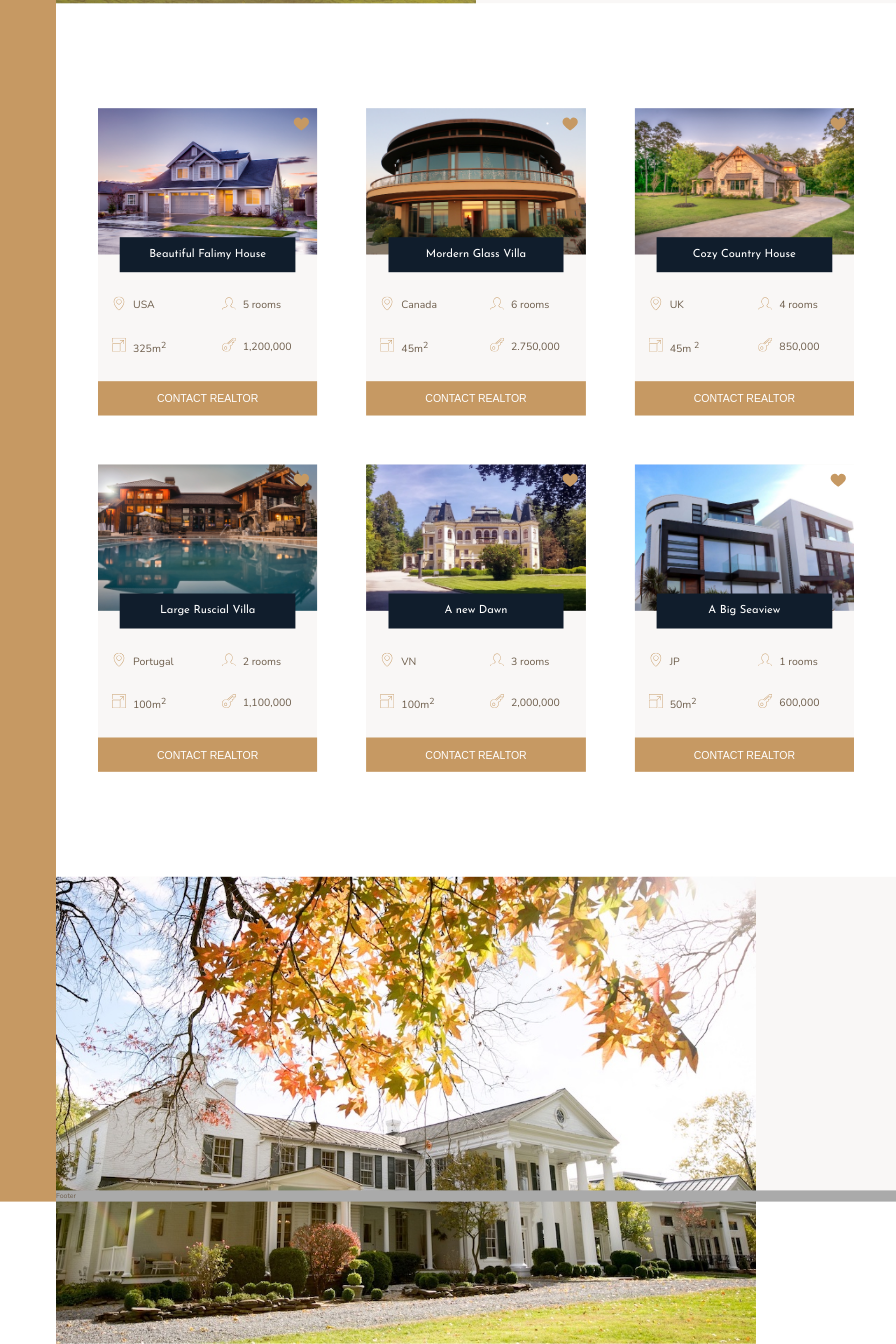
Repository: m2pd/your-home
Page: index.html
These files come from the project's save history. The page is drawn as it stood at one moment and after the next save; the edit follows.
The browser window is 1280 px wide. The pictures show the part of the page from y = 1751 to 3671 px (the page is 3671 px tall before and 3468 px after), at 70% of full size.
The style sheet was rebuilt from its Sass, Less or Tailwind sources for each picture, by a compiler version that may differ from the author's.

Above is the page before, as saved 2020-03-05 16:56:03.

### index.html
<!DOCTYPE html>
<html lang="en">
    <head>
        <meta charset="UTF-8">
        <meta name="viewport" content="width=device-width, initial-scale=1.0">
        <meta http-equiv="X-UA-Compatible" content="ie=edge">

        <link href="https://fonts.googleapis.com/css?family=Josefin+Sans:300,400,400i|Nunito:300,300i" rel="stylesheet">
        <link rel="stylesheet" href="css/style.css">
        <link rel="shortcut icon" type="image/png" href="img/favicon.png">

        <title>nexter &mdash; your home, your freedom</title>
    </head>
    <body class="container">

        <div class="sidebar">
            Sidebar
        </div>

        <header class="header">
            Header
        </header>

        <div class="realtors">
            3 Realtors
        </div>

        <div class="features">
            <div class="feature feature-1">
                <svg class="feature__icon">
                    <use xlink:href="img/sprite.svg#icon-global"></use>
                </svg>
                <h4 class="heading-4 heading-4--dark">World's best luxury homes</h4>
                <p class="feature__text">
                    Lorem, ipsum dolor sit amet consectetur adipisicing elit. Tenetur distinctio necessitatibus pariatur voluptatibus.
                </p>
            </div>

            <div class="feature feature-2">
                <svg class="feature__icon">
                    <use xlink:href="img/sprite.svg#icon-trophy"></use>
                </svg>
                <h4 class="heading-4 heading-4--dark">Only the best properties</h4>
                <p class="feature__text">
                    Voluptatum mollitia quae. Vero ipsum sapiente molestias accusamus rerum sed a eligendi aut quia.
                </p>
            </div>

            <div class="feature feature-3">
                <svg class="feature__icon">
                    <use xlink:href="img/sprite.svg#icon-map-pin"></use>
                </svg>
                <h4 class="heading-4 heading-4--dark">All home in top location</h4>
                <p class="feature__text">
                    Tenetur distinctio necessitatibus pariatur voluptatibus quidem consequatur harum.
                </p>
            </div>

            <div class="feature feature-4">
                <svg class="feature__icon">
                    <use xlink:href="img/sprite.svg#icon-key"></use>
                </svg>
                <h4 class="heading-4 heading-4--dark">New home in one week</h4>
                <p class="feature__text">
                    Vero ipsum sapiente molestias accusamus rerum. Lorem, ipsum dolor sit amet consectetur adipisicing elit.
                </p>
            </div>

            <div class="feature feature-5">
                <svg class="feature__icon">
                    <use xlink:href="img/sprite.svg#icon-presentation"></use>
                </svg>
                <h4 class="heading-4">Top 1% realtors</h4>
                <p class="feature__text">
                    Quidem consequatur harum, voluptatum mollitia quae. Tenetur distinctio necessitatibus pariatur voluptatibus.
                </p>
            </div>

            <div class="feature feature-6">
                <svg class="feature__icon">
                    <use xlink:href="img/sprite.svg#icon-lock"></use>
                </svg>
                <h4 class="heading-4">Secure in Payment on nexter</h4>
                <p class="feature__text">
                    Pariatur voluptatibus quidem consequatur harum, voluptatum mollitia quae.
                </p>
            </div>
        </div>

        <div class="story__pictures">
            <img src="img/story-1.jpeg" alt="Couple with new house" class="story__img--1">
            <img src="img/story-2.jpeg" alt="New house" class="story__img--2">
        </div>

        <div class="story__content">
            <h3 class="heading-3 mb-sm">Happy Customer</h3>
            <h2 class="heading-2 heading-2--dark mb-md">&ldquo;The best decsion of our live&ldquo;</h2>
            <div class="story__text">
                Lorem ipsum dolor sit amet consectetur, adipisicing elit. Asperiores ipsam aut similique cumque nesciunt accusantium perspiciatis delectus! Incidunt, debitis ipsum.
            </div>
            <button class="btn">Find your our home</button>
        </div>

        <section class="homes">
            <div class="home">
                <img src="img/house-1.jpeg" alt="House 1" class="home__img">
                <svg class="home__like">
                    <use xlink:href="img/sprite.svg#icon-heart-full"></use>
                </svg>
                <h5 class="home__name">Beautiful Falimy House</h5>
                <div class="home__location">
                    <svg>
                        <use xlink:href="img/sprite.svg#icon-map-pin"></use>
                    </svg>
                    <p>USA</p>
                </div>
                <div class="home__rooms">
                    <svg>
                        <use xlink:href="img/sprite.svg#icon-profile-male"></use>
                    </svg>
                    <p>5 rooms</p>
                </div>
                <div class="home__area">
                    <svg>
                        <use xlink:href="img/sprite.svg#icon-expand"></use>
                    </svg>
                    <p>325m<sup>2</sup></p>
                </div>
                <div class="home__price">
                    <svg>
                        <use xlink:href="img/sprite.svg#icon-key"></use>
                    </svg>
                    <p>1,200,000</p>
                </div>
                <button class="btn home__btn">Contact realtor</button>
            </div>

            <div class="home">
                <img src="img/house-2.jpeg" alt="House 2" class="home__img">
                <svg class="home__like">
                    <use xlink:href="img/sprite.svg#icon-heart-full"></use>
                </svg>
                <h5 class="home__name">Mordern Glass Villa</h5>
                <div class="home__location">
                    <svg>
                        <use xlink:href="img/sprite.svg#icon-map-pin"></use>
                    </svg>
                    <p>Canada</p>
                </div>
                <div class="home__rooms">
                    <svg>
                        <use xlink:href="img/sprite.svg#icon-profile-male"></use>
                    </svg>
                    <p>6 rooms</p>
                </div>
                <div class="home__area">
                    <svg>
                        <use xlink:href="img/sprite.svg#icon-expand"></use>
                    </svg>
                    <p>45m<sup>2</sup></p>
                </div>
                <div class="home__price">
                    <svg>
                        <use xlink:href="img/sprite.svg#icon-key"></use>
                    </svg>
                    <p>2.750,000</p>
                </div>
                <button class="btn home__btn">Contact realtor</button>
            </div>

            <div class="home">
                <img src="img/house-3.jpeg" alt="House 3" class="home__img">
                <svg class="home__like">
                    <use xlink:href="img/sprite.svg#icon-heart-full"></use>
                </svg>
                <h5 class="home__name">Cozy Country House</h5>
                <div class="home__location">
                    <svg>
                        <use xlink:href="img/sprite.svg#icon-map-pin"></use>
                    </svg>
                    <p>UK</p>
                </div>
                <div class="home__rooms">
                    <svg>
                        <use xlink:href="img/sprite.svg#icon-profile-male"></use>
                    </svg>
                    <p>4 rooms</p>
                </div>
                <div class="home__area">
                    <svg>
                        <use xlink:href="img/sprite.svg#icon-expand"></use>
                    </svg>
                    <p>45m <sup>2</sup></p>
                </div>
                <div class="home__price">
                    <svg>
                        <use xlink:href="img/sprite.svg#icon-key"></use>
                    </svg>
                    <p>850,000</p>
                </div>
                <button class="btn home__btn">Contact realtor</button>
            </div>

            <div class="home">
                <img src="img/house-4.jpeg" alt="House 4" class="home__img">
                <svg class="home__like">
                    <use xlink:href="img/sprite.svg#icon-heart-full"></use>
                </svg>
                <h5 class="home__name">Large Ruscial Villa</h5>
                <div class="home__location">
                    <svg>
                        <use xlink:href="img/sprite.svg#icon-map-pin"></use>
                    </svg>
                    <p>Portugal</p>
                </div>
                <div class="home__rooms">
                    <svg>
                        <use xlink:href="img/sprite.svg#icon-profile-male"></use>
                    </svg>
                    <p>2 rooms</p>
                </div>
                <div class="home__area">
                    <svg>
                        <use xlink:href="img/sprite.svg#icon-expand"></use>
                    </svg>
                    <p>100m<sup>2</sup></p>
                </div>
                <div class="home__price">
                    <svg>
                        <use xlink:href="img/sprite.svg#icon-key"></use>
                    </svg>
                    <p>1,100,000</p>
                </div>
                <button class="btn home__btn">Contact realtor</button>
            </div>

            <div class="home">
                <img src="img/house-5.jpeg" alt="House 5" class="home__img">
                <svg class="home__like">
                    <use xlink:href="img/sprite.svg#icon-heart-full"></use>
                </svg>
                <h5 class="home__name">A new Dawn</h5>
                <div class="home__location">
                    <svg>
                        <use xlink:href="img/sprite.svg#icon-map-pin"></use>
                    </svg>
                    <p>VN</p>
                </div>
                <div class="home__rooms">
                    <svg>
                        <use xlink:href="img/sprite.svg#icon-profile-male"></use>
                    </svg>
                    <p>3 rooms</p>
                </div>
                <div class="home__area">
                    <svg>
                        <use xlink:href="img/sprite.svg#icon-expand"></use>
                    </svg>
                    <p>100m<sup>2</sup></p>
                </div>
                <div class="home__price">
                    <svg>
                        <use xlink:href="img/sprite.svg#icon-key"></use>
                    </svg>
                    <p>2,000,000</p>
                </div>
                <button class="btn home__btn">Contact realtor</button>
            </div>

            <div class="home">
                <img src="img/house-6.jpeg" alt="House 6" class="home__img">
                <svg class="home__like">
                    <use xlink:href="img/sprite.svg#icon-heart-full"></use>
                </svg>
                <h5 class="home__name">A Big Seaview</h5>
                <div class="home__location">
                    <svg>
                        <use xlink:href="img/sprite.svg#icon-map-pin"></use>
                    </svg>
                    <p>JP</p>
                </div>
                <div class="home__rooms">
                    <svg>
                        <use xlink:href="img/sprite.svg#icon-profile-male"></use>
                    </svg>
                    <p>1 rooms</p>
                </div>
                <div class="home__area">
                    <svg>
                        <use xlink:href="img/sprite.svg#icon-expand"></use>
                    </svg>
                    <p>50m<sup>2</sup></p>
                </div>
                <div class="home__price">
                    <svg>
                        <use xlink:href="img/sprite.svg#icon-key"></use>
                    </svg>
                    <p>600,000</p>
                </div>
                <button class="btn home__btn">Contact realtor</button>
            </div>
        </section>

        <section class="gallery">
            <img src="img/gal-1.jpeg" alt="Gallery Image 1" class="gallery__img">
        </section>

        <footer class="footer">
            Footer
        </footer>

    </body>
</html>

### sass/_base.scss
// COLOR VARIABLES
$color-primary: #c69963;
$color-primary-dark: #B28451;

$color-secondary: #101d2c;

$color-grey-light-1: #f9f7f6;
$color-grey-light-2: #aaa;

$color-grey-dark-1: #54483A;
$color-grey-dark-2: #6D5D4B;

// FONT VARIABLES
$font-primary: 'Nunito', sans-serif;
$font-display: 'Josefin Sans', sans-serif;


*,
*::before,
*::after{
    margin:0;
    padding:0;
    box-sizing: inherit;
}

html{
    font-size:62.5%;
    box-sizing: border-box;
}

body{
    font-family: $font-primary;
    color: $color-grey-dark-2;
    font-weight: 300;
    line-height: 1.6;
}

.container{
    display: grid;
    grid-template-rows: 80vh min-content 40vw repeat(3, min-content);
    grid-template-columns:[sidebar-start] 8rem [sidebar-end full-start] minmax(6rem, 1fr) [center-start] repeat(8, [col-start] minmax(min-content, 14rem) [col-end]) [center-end] minmax(6rem, 1fr) [full-end];

}

### sass/_typography.scss
%heading {
  font-family: $font-display;
  font-weight: 400;
}

.heading-1 {
  @extend %heading;
}

.heading-2 {
  @extend %heading;
  font-size: 4rem;
  font-style: italic;
  line-height: 1;

  &--light{ color: $color-grey-light-1;}
  &--dark{ color: $color-grey-dark-1;}
}

.heading-3 {
  @extend %heading;

  font-size: 1.6rem;
  color: $color-primary;
  text-transform: uppercase;

}

.heading-4 {
  @extend %heading;
  font-size: 1.9rem;

  &--light{ color: $color-grey-light-1;}
  &--dark{ color: $color-grey-dark-1;}

}

.btn{
    background-color: $color-primary;
    color: #fff;
    font-size: 1.5rem;
    border: none;
    border-radius: none;
    padding: 1.6rem  3rem;
    text-transform: uppercase;
    cursor: pointer;
    transition: all .2s;

    &:hover{
      background-color: $color-primary-dark;
    }
}

.mb-sm{ margin-bottom: 2rem; }
.mb-md{ margin-bottom: 3rem; }
.mb-lg{ margin-bottom: 4rem; }
.mb-hg{ margin-bottom: 8rem; }

### sass/_features.scss
.features{
    grid-column: center-start /  center-end;

    margin: 15rem 0;
    display: grid;
    // grid-template-columns: repeat(3, 1fr);
    grid-template-columns: repeat(auto-fit, minmax(25rem, 1fr));
    grid-gap: 6rem;
}

.feature{
    display: grid;
    grid-template-columns: min-content 1fr;
    grid-column-gap: 2.5rem;
    grid-row-gap: 1.5rem;

    align-items: start;

    &__icon{
        fill: $color-primary;
        width:4.5rem;
        height:4.5rem;

        grid-row: 1 / span 2;
    }

    &__text{
        font-size: 1.7rem;
    }
}

### sass/_story.scss
.story{
    &__pictures{
        background-color: $color-primary;
        grid-column: full-start / col-end 4;
        background-image:linear-gradient(rgba($color-primary,.5), rgba($color-primary, .5)),
                         url(../img/back.jpg);

        display: grid;
        grid-template-columns: repeat(6, 1fr);
        grid-template-rows: repeat(6, 1fr);
        align-items:center ;
    }

    &__img--1{
        width: 100%;
        grid-column: 2 / 6;
        grid-row: 2 / 6;
        box-shadow: 0 2rem 5rem rgba(#000, .1);
    }

    &__img--2{
        width: 115%;
        grid-column: 4 / 7;
        grid-row: 4 / 6;
        z-index: 20;
        box-shadow: 0 2rem 5rem rgba(#000, .1);

    }

    &__content{
        background-color: $color-grey-light-1;
        grid-column: col-start 5 / full-end;

        padding: 6rem 8vw;

        // display: flex;
        // flex-direction: column;
        // justify-content: center;
        // align-items: flex-start;

        display: grid;
        align-content: center;
        justify-items: start;
    }

    &__text{
        font-size: 1.5rem;
        font-style: italic;
        margin-bottom: 4rem;


    }
}

### sass/_homes.scss
.homes{
    grid-column: center-start / center-end;
    margin: 15rem 0;

    display: grid;
    grid-template-columns: repeat(auto-fit, minmax(25rem, 1fr));
    grid-gap: 7rem;
}

.home{
    background-color:  $color-grey-light-1;

    display: grid;
    grid-template-columns: repeat(2, 1fr);
    grid-row-gap: 3.5rem;

    &__img{
        width: 100%;
        grid-row: 1/ 2;
        grid-column: 1/ -1;
        z-index: 1;
    }

    &__like{
        grid-row: 1/ 2;
        grid-column: 2/ 3;
        fill: $color-primary;
        width: 2.5rem;
        height: 2.5rem;
        z-index: 2;
        justify-self: end;
        margin: 1rem;

    }

    &__name{
        grid-column: 1/ -1;
        grid-row: 1 / 2;

        width: 80%;
        align-self: end;
        justify-self: center;
        font-family: $font-display;
        font-size: 1.6rem;
        font-weight: 400;
        text-align: center;
        background-color: $color-secondary;
        color:#fff;
        padding: 1.25rem;
        z-index: 2;
        transform: translateY(50%);
    }

    &__location,
    &__rooms{
        margin-top: 2.5rem;
    }

    &__location,
    &__rooms,
    &__area,
    &__price{
        font-size: 1.5rem;
        margin-left: 2rem;

        display: flex;
        align-content: center;
        svg{
            fill: $color-primary;
            width: 2rem;
            height: 2rem;

            margin-right: 1rem;
        }
    }

    &__btn{
        grid-column: 1/ -1;
    }
}

### sass/_gallery.scss
.gallery{
    background-color: $color-grey-light-1;
    grid-column: full-start / full-end;

    display: grid;
    grid-template-columns: repeat(8, 1fr);
    grid-template-rows: repeat(7, 5vw);


    &_img{
        width:100%;
    }
}

### sass/_footer.scss
.footer{
    background-color: $color-grey-light-2;
    grid-column: full-start / full-end;
}

Loaded but not shown: sass/main.scss (common file); sass/_sidebar.scss (common file); sass/_header.scss (common file); sass/_realtors.scss (common file)

After the next save:
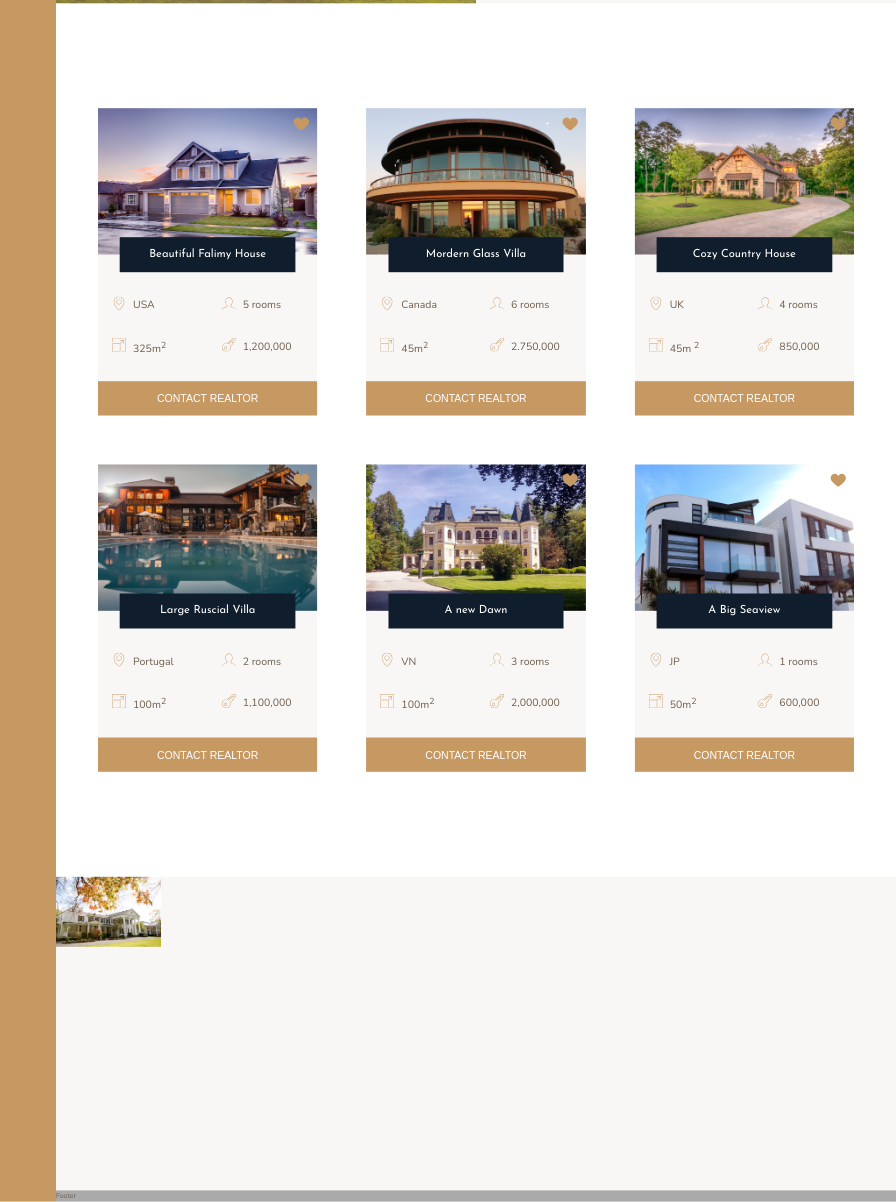
Saved 72 s later.
--- a/sass/_gallery.scss
+++ b/sass/_gallery.scss
@@ -7,7 +7,7 @@
     grid-template-rows: repeat(7, 5vw);
 
 
-    &_img{
+    &__img{
         width:100%;
     }
 }

After the save that followed:
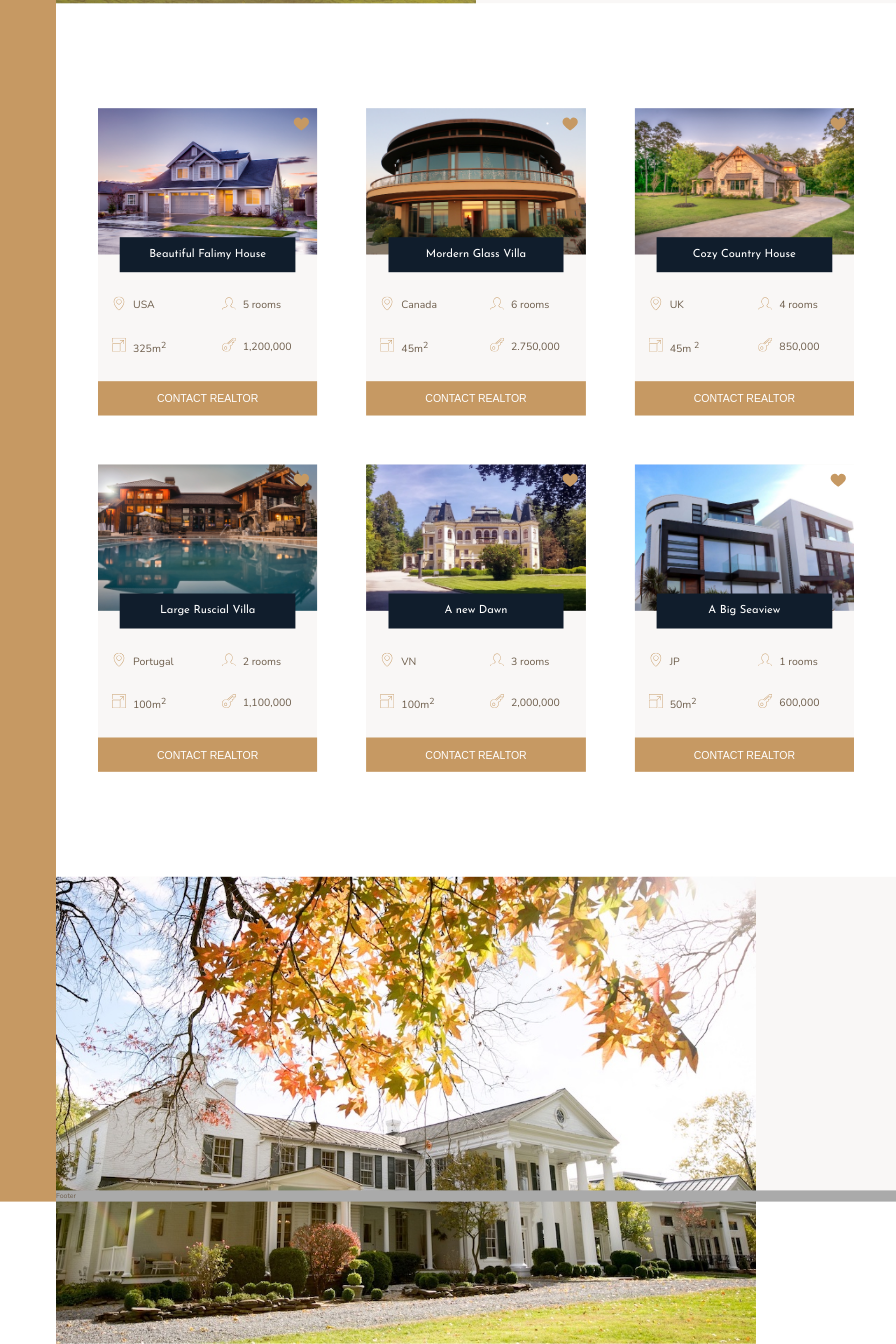
Saved 9 s later.
--- a/sass/_gallery.scss
+++ b/sass/_gallery.scss
@@ -7,7 +7,5 @@
     grid-template-rows: repeat(7, 5vw);
 
 
-    &__img{
-        width:100%;
-    }
+
 }
